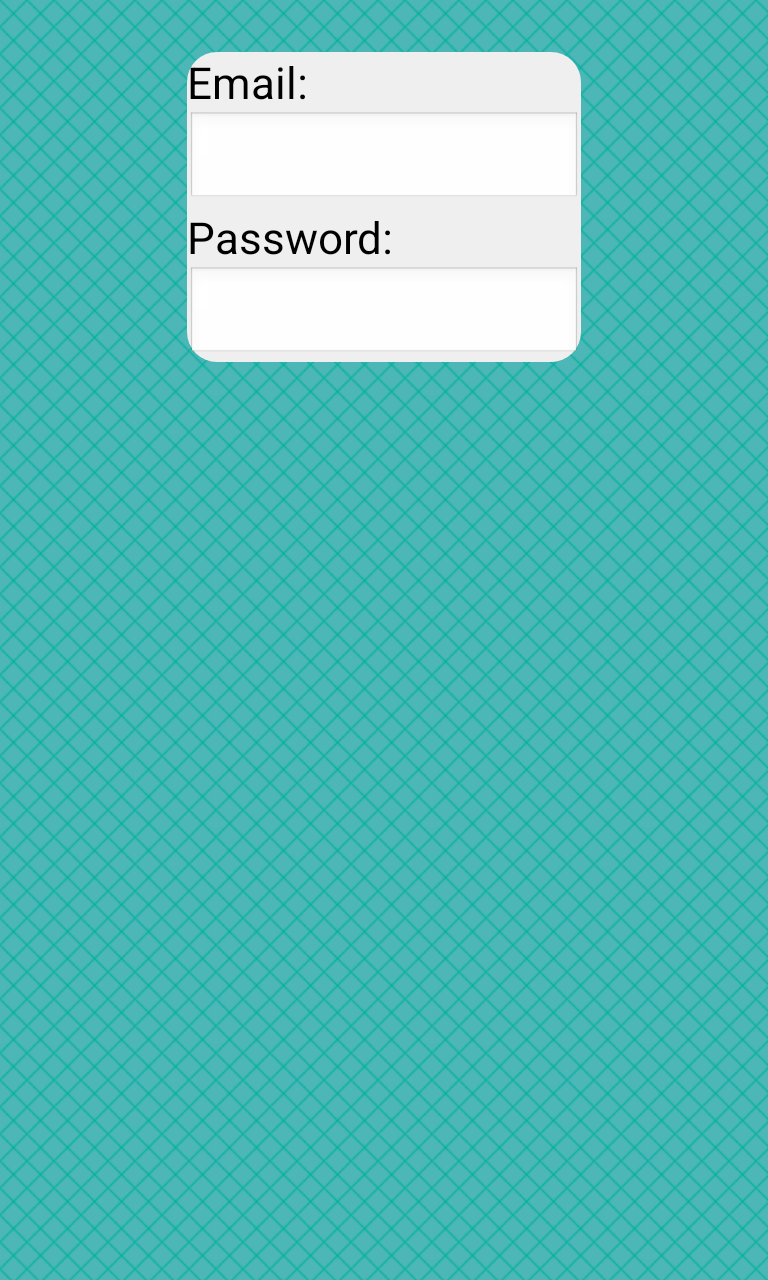
Repository: ppamorim/Coderock-X
Layout: workspace-Android/teste1/res/layout/activity_login.xml
An editor plug-in stored every save of this project. The layout is shown before and after the next save, followed by the edit.
It is drawn on a 768 x 1280 px phone screen (xhdpi) without system bars, with theme android:Theme.NoTitleBar; the app's code is not run.

Above is the layout before, as saved 2014-01-05 05:55:52.

After the next save:
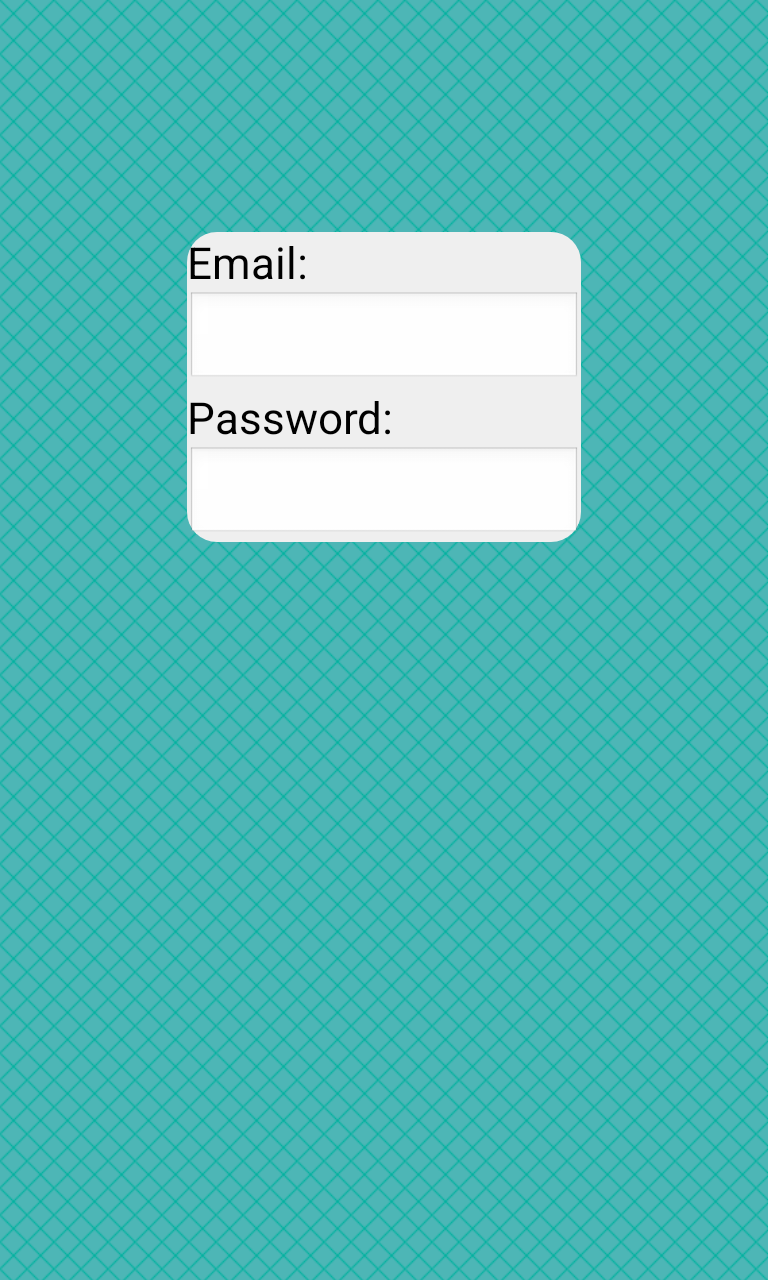
Saved 8 s later.
--- a/workspace-Android/teste1/res/layout/activity_login.xml
+++ b/workspace-Android/teste1/res/layout/activity_login.xml
@@ -25,7 +25,7 @@
         android:layout_height="wrap_content"
         android:layout_gravity="center"
         android:background="@layout/rounded"
-        android:layout_marginTop="10dp" >
+        android:layout_marginTop="100dp" >
 
         <LinearLayout
             android:layout_width="match_parent"
